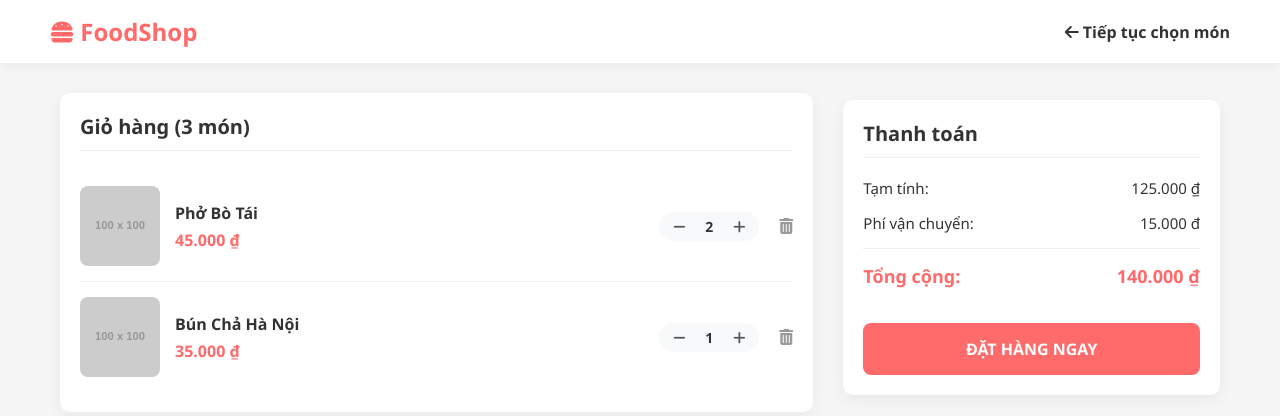
Repository: daichim2415-debug/quan_an
Page: public/cart.html
These files come from the project's save history. The page is drawn as it stood at one moment and after the next save; the edit follows.
The browser window is 1280 px wide. The pictures show the whole page.

Above is the page before, as saved 2025-12-05 00:46:55.

After the next save:
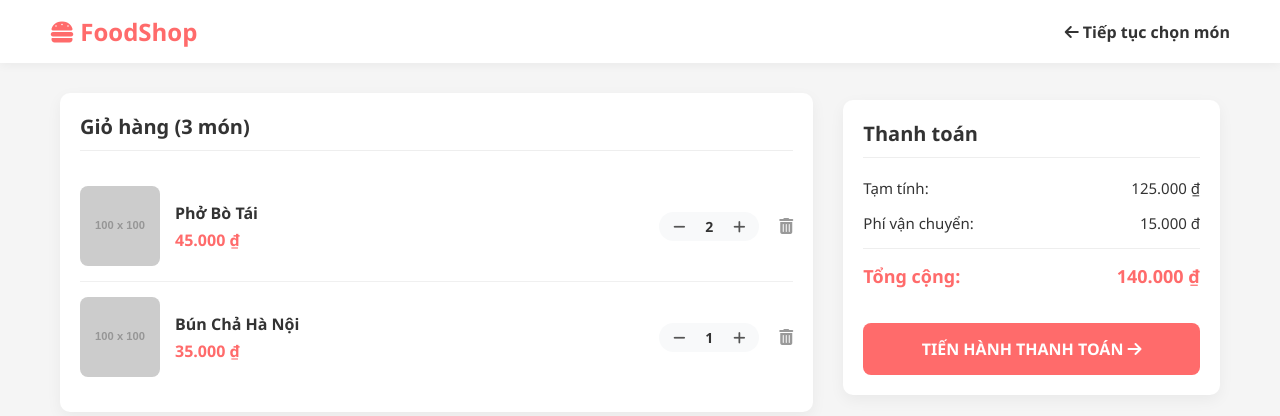
Saved 68 s later.
--- a/public/cart.html
+++ b/public/cart.html
@@ -106,9 +106,9 @@
                 <span>Tổng cộng:</span>
                 <span id="total-price">0 đ</span>
             </div>
-            <button class="checkout-btn" onclick="alert('Chức năng thanh toán đang được phát triển!')">
-                ĐẶT HÀNG NGAY
-            </button>
+            <button class="checkout-btn" onclick="window.location.href='checkout.html'">
+    TIẾN HÀNH THANH TOÁN <i class="fas fa-arrow-right"></i>
+</button>
         </div>
     </div>
 
